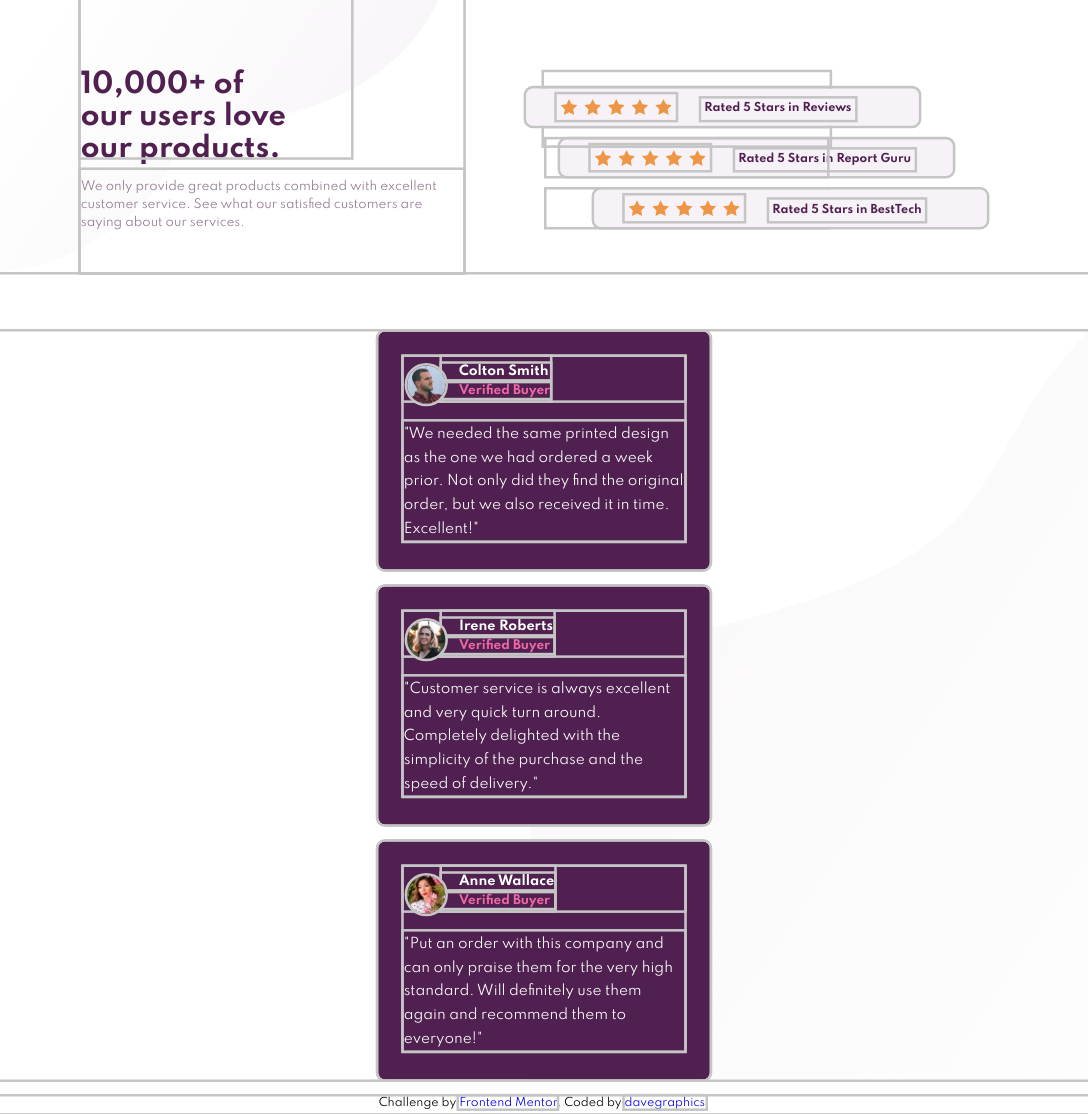
Repository: DejV44/social-proof-section-master
Page: index.html
These files come from the project's save history. The page is drawn as it stood at one moment and after the next save; the edit follows.
The browser window is 1280 px wide. The pictures show the whole page, at 85% of full size.
The style sheet was rebuilt from its Sass, Less or Tailwind sources for each picture, by a compiler version that may differ from the author's.

Above is the page before, as saved 2021-06-24 19:47:16.

### index.html
<!DOCTYPE html>

<html lang="en">
<head>
    <meta charset="UTF-8">
    <meta http-equiv="X-UA-Compatible" content="IE=edge">
    <meta name="viewport" content="width=device-width, initial-scale=1.0">
    <link rel="stylesheet" href="../css/main.css">
    <title>social-proof-section-master</title>
</head>
<body>
    <section class="main">
        <div class="titles">
            <h1 class="title">10,000+ of our users love our products.</h1>
            <p class="item-1">We only provide great products combined with excellent customer service. See what our satisfied customers are saying about our services.</p>
        </div>
        <div class="container">
            <ul>
                <li class="item1">
                    <img src="../img/stars.svg" alt="stars">
                    <h3>Rated 5 Stars in Reviews</h3>
                </li>
            </ul>

            <ul>
                <li class="item2">
                    <img src="../img/stars.svg" alt="stars">
                    <h3>Rated 5 Stars in Report Guru</h3>
                </li>
            </ul>

            <ul>
                <li class="item3">
                    <img src="../img/stars.svg" alt="stars">
                    <h3>Rated 5 Stars in BestTech</h3>
                </li>
            </ul>
        </div>
    </section>

    <section class="citate">
        <ul>
            <li>
                <div class="identy">
                    <img src="../img/image-colton.jpg" alt="stars">
                    <div>
                        <h3>Colton Smith</h3>
                        <h4>Verified Buyer</h4>
                    </div>
                </div>
                <blockquote>"We needed the same printed design as the one we had ordered a week prior. Not only did they find the original order, but we also received it in time. Excellent!"</blockquote>
            </li>
        </ul>

        <ul>
            <li>
                <div class="identy">
                    <img src="../img/image-irene.jpg" alt="stars">
                    <div>
                        <h3>Irene Roberts</h3>
                        <h4>Verified Buyer</h4>
                    </div>
                </div>
                <blockquote>"Customer service is always excellent and very quick turn around. Completely delighted with the simplicity of the purchase and the speed of delivery."</blockquote>
            </li>
        </ul>

        <ul>
            <li>
                <div class="identy">
                    <img src="../img/image-anne.jpg" alt="stars">
                    <div>
                        <h3>Anne Wallace</h3>
                        <h4>Verified Buyer</h4>
                    </div>
                </div>
                <blockquote>"Put an order with this company and can only praise them for the very high standard. Will definitely use them again and recommend them to everyone!"</blockquote>
            </li>
        </ul>
    </section>
    <div class="attribution">
        Challenge by
        <a href="https://www.frontendmentor.io?ref=challenge" target="_blank"
          >Frontend Mentor</a
        >. Coded by <a href="#">davegraphics</a>.
      </div>

</body>
</html>

### css/main.scss
@import url('https://fonts.googleapis.com/css2?family=Spartan:wght@400;500;700&display=swap');

*{
    margin: 0;
    padding: 0;
    -webkit-font-smoothing: antialiased;
    outline: 3px solid rgb(197, 197, 197);
}

:root {
    --primary-color: hsl(300, 43%, 22%);
    --soft-pink: hsl(333, 80%, 67%);
    --neutral-color: hsl(303, 10%, 53%);
    --light-color: hsl(300, 24%, 96%);
    --white: hsl(0, 0%, 100%);
}

body {
    margin: 0;
    padding: 0;
    //background: var(--white);
    font-family: 'Spartan', sans-serif;





    .main {
        text-align: center;
        margin: 0 auto 70px auto;
        background-image: url(..//img/bg-pattern-top-mobile.svg);
        background-repeat: no-repeat;
        background-size: contain;



        .title {
            margin: 0 auto;
            padding: 2.5em 15% 0 15%;
            font-size: 2em;
            font-weight: bold;
            color: var(--primary-color);
            width: 250px;
            height: 105px;
        }

        p {
            padding: 10px 0;
            margin: 10px auto;
            color: var(--neutral-color);
            line-height: 1.5em;
            width: 325px;
            height: 100px;
            font-size: 14px;
        }

        .container {
            padding: .2em;
            width: 330px;
            height: 80px;
            display: inline-block;


            li {
                list-style: none;
                padding: 1em;
                margin: 1em;
                background: var(--light-color);
                border-radius: .5em;

                img {
                    padding: .3em;
                    width: 130px;
                    height: 20px;
                }

                h3 {
                    padding: .3em;
                    color: var(--primary-color);
                    font-size: 13px;
                }
            }
        }


    }
    .citate :first-element {
        margin-top: 100px;
    }

    .citate {
        background-image: url(..//img/bg-pattern-bottom-mobile.svg);
        background-repeat: no-repeat;
        background-size: contain;
        background-position-x: 100%;
        background-position-y: 100%;



        ul {
            list-style: none;
            padding: 30px;

            background: var(--primary-color);
            border-radius: .5em;
            width: 330px;
            height: 220px;
            margin: 0px auto 20px auto;



                .identy {
                    display: flex;




                    h3 {
                        color: var(--white);
                        margin: .5em 0 .2em 0;
                        padding-left: 20px;
                        font-size: 15px;

                    }

                    h4 {
                        color: var(--soft-pink);
                        margin: .4em 0 .2em 0;
                        padding-left: 20px;
                        font-size: 14px;

                    }

                    img {
                        margin-top: 6px;
                        border-radius: 5em;
                        width: 45px;
                        height: 45px;
                        position: relative;
                        top: 4px;
                        left: 4px;
                    }


                }
                blockquote {
                    color: var(--white);
                    margin-top: 25px;
                    line-height: 28px;
                    text-align: left;
                }
        }


    }

    .attribution {
        text-align: center;
        font-size: 13px;
        padding-bottom: 5px;

        a {
            text-decoration: none;
            font-size: 13px;

        }
    }

}

@media only screen and (min-width: 768px) {

body {



    margin: 0 auto;
}

    .main {
        display: grid;
        grid-template-columns: 1fr 1fr;
        max-width: 1440px;
        margin-top: 120px;
        margin-bottom: 70px;




        .titles {
            align-items: flex-start;
            margin-left: auto;
            margin-right: auto;
            max-width: 500px;
            text-align: left;

            .title {
                margin: 0 auto 0 0;
                padding-left: 0;

            }

            p {
                margin: 15px auto 0 0;
                padding-left: 0;
                width: 450px;
            }

        }

        .container {
            max-width: 500px;
            margin-right: auto;
            margin-top: 85px;

            .item1 {
                position: relative;
                left: -40px;
                padding-top: 7px;
                padding-bottom: 7px;
            }

            .item2 {
                padding-top: 7px;
                padding-bottom: 7px;
            }

            .item3 {
                position: relative;
                left: +40px;
                padding-top: 7px;
                padding-bottom: 7px;
            }

            li {
                width: 430px;

                display: flex;
                padding-top: 0;


                img {

                    margin-right: 30px;
                    margin-left: 20px;

                }

                h3 {
                    /*position: relative;*/
                    margin-top: 5px;
                    margin-bottom: 0;
                    max-width: 210px;

                }
            }
        }
    }
}

After the next save:
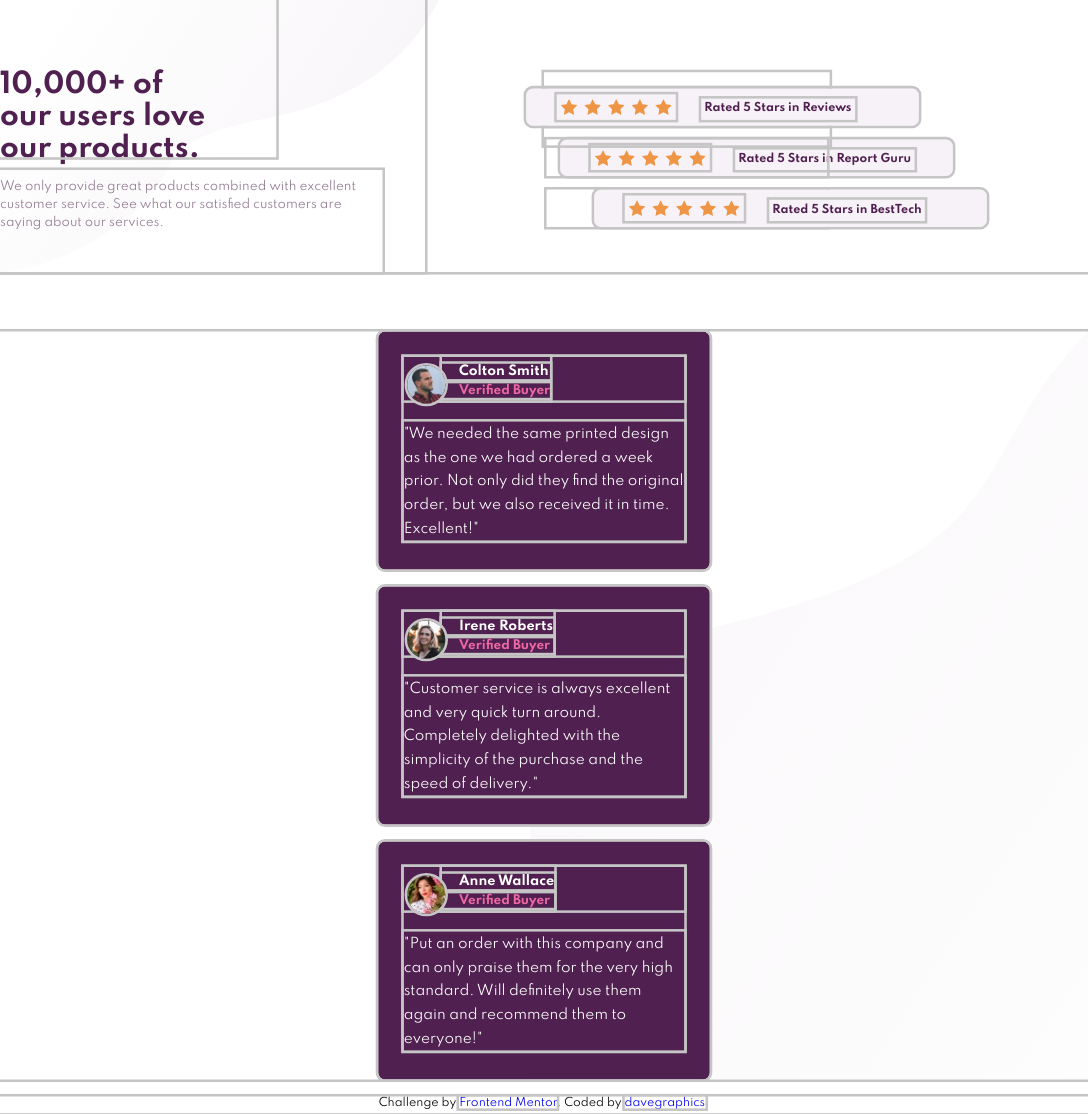
Saved 96 s later.
--- a/css/main.scss
+++ b/css/main.scss
@@ -188,9 +188,6 @@ body {
 
 
         .titles {
-            align-items: flex-start;
-            margin-left: auto;
-            margin-right: auto;
             max-width: 500px;
             text-align: left;
 
